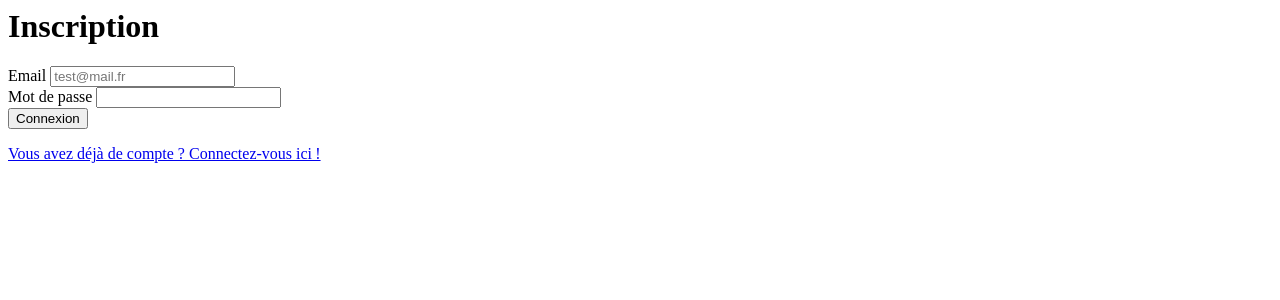
Repository: lemonhao9/QuaiAntiqueRestaurantFront
Page: pages/signup.html
The author's editor kept a copy of each file at every save. The page is drawn from the files as they stood at one save, then again after the next save.
The browser window is 1280 px wide. The pictures show the whole page.

Above is the page before, as saved 2025-01-24 13:54:37.

### pages/signup.html
<div class="hero-scene text-center text-white">
    <div class="hero-scene-content">
            <h1>Inscription</h1>
    </div>
</div>

<div class="container">
    <form>
        <div class="mb-3">
          <label for="EmailInput" class="form-label">Email</label>
          <input type="email" class="form-control" id="EmailInput" placeholder="test@mail.fr" name="Email">
        </div>
        <div class="mb-3">
          <label for="PasswordInput" class="form-label">Mot de passe</label>
          <input type="password" class="form-control" id="PasswordInput" name="Password">
        </div>
        <div class="text-center">
            <button type="submit" class="btn btn-primary">Connexion</button>
        </div>
    </form>
    <div class="text-center pt-3">
        <a href="/signin">Vous avez déjà de compte ? Connectez-vous ici !</a>
    </div>
</div>

After the next save:
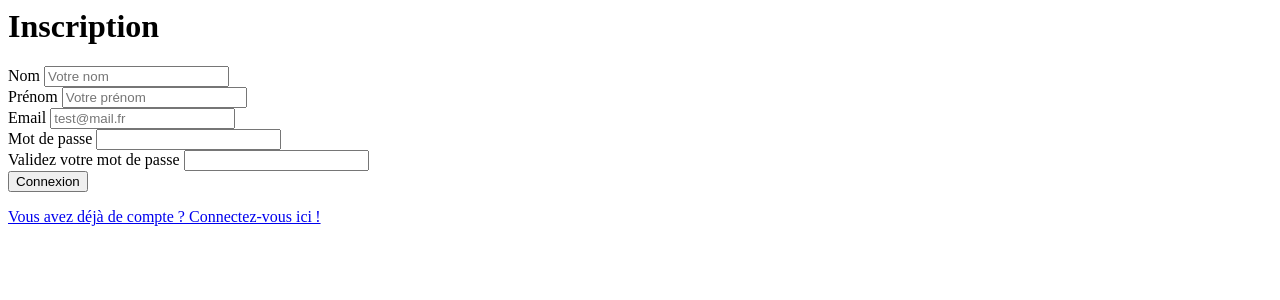
Saved 3 min 56 s later.
--- a/pages/signup.html
+++ b/pages/signup.html
@@ -7,13 +7,25 @@
 <div class="container">
     <form>
         <div class="mb-3">
+            <label for="NomInput" class="form-label">Nom</label>
+            <input type="text" class="form-control" id="NomInput" placeholder="Votre nom" name="Nom">
+        </div>
+        <div class="mb-3">
+            <label for="PrénomInput" class="form-label">Prénom</label>
+            <input type="text" class="form-control" id="NomInput" placeholder="Votre prénom" name="Préom">
+          </div>
+        <div class="mb-3">
           <label for="EmailInput" class="form-label">Email</label>
           <input type="email" class="form-control" id="EmailInput" placeholder="test@mail.fr" name="Email">
         </div>
         <div class="mb-3">
           <label for="PasswordInput" class="form-label">Mot de passe</label>
-          <input type="password" class="form-control" id="PasswordInput" name="Password">
+          <input type="password" class="form-control" id="ValidatePasswordInput" name="Password">
         </div>
+        <div class="mb-3">
+            <label for="ValidatePasswordInput" class="form-label">Validez votre mot de passe</label>
+            <input type="password" class="form-control" id="PasswordInput" name="Password">
+          </div>
         <div class="text-center">
             <button type="submit" class="btn btn-primary">Connexion</button>
         </div>
